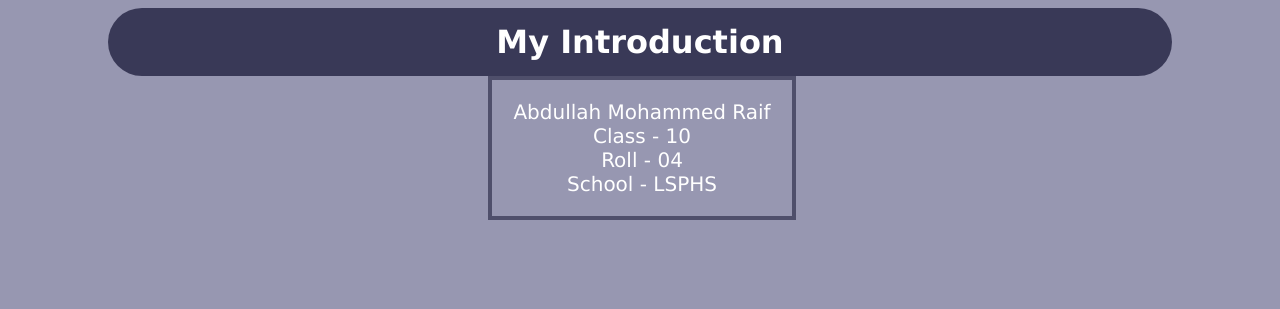
Repository: Raif-007/Portfolio
Page: index.html
These files come from the project's save history. The page is drawn as it stood at one moment and after a run of saves; the edit follows.
The browser window is 1280 px wide. The pictures show the whole page.

Above is the page before, as saved 2021-07-05 17:14:51.

### index.html
<!DOCTYPE html>
<html lang="en">

<head>
    <meta charset="UTF-8">
    <meta http-equiv="X-UA-Compatible" content="IE=edge">
    <meta name="viewport" content="width=device-width, initial-scale=1.0">
    <title>Portfolio</title>
    <link rel="stylesheet" href="styles.css">
</head>

<body>

    <h1>
        My Introduction
    </h1>
    <div>

        <p>
            Abdullah Mohammed Raif
            <br> Class - 10
            <br> Roll - 04
            <br> School - LSPHS

        </p>


    </div>
</body>

</html>

### styles.css
        body {
        background-color: rgba(54, 54, 105, 0.514);
        color: #ffffff;
        font-family: Verdana, Geneva, Tahoma, sans-serif;
        text-align: center;
    }

    h1 {
        background-color: rgba(25, 25, 56, 0.74);
        padding: 15px;
        margin: 0px 100px;
        border-radius: 50px;
    }

    div {
        font-size: 20px;
        border: 4px solid rgba(25, 25, 56, 0.568);
        width: 300px;
        margin-left: 480px;

After the next 2 saves:
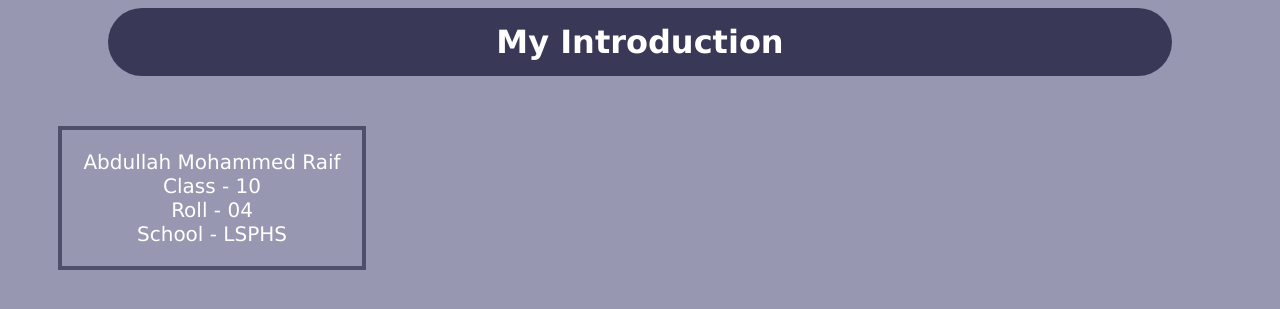
The 2 saves are shown as one change because they came seconds apart.
The last was saved 23 s later.
--- a/styles.css
+++ b/styles.css
@@ -1,19 +1,21 @@
-        body {
-        background-color: rgba(54, 54, 105, 0.514);
-        color: #ffffff;
-        font-family: Verdana, Geneva, Tahoma, sans-serif;
-        text-align: center;
-    }
+            body {
+                background-color: rgba(54, 54, 105, 0.514);
+                color: #ffffff;
+                font-family: Verdana, Geneva, Tahoma, sans-serif;
+                text-align: center;
+            }
 
-    h1 {
-        background-color: rgba(25, 25, 56, 0.74);
-        padding: 15px;
-        margin: 0px 100px;
-        border-radius: 50px;
-    }
+            h1 {
+                background-color: rgba(25, 25, 56, 0.74);
+                padding: 15px;
+                margin: 0px 100px;
+                border-radius: 50px;
+            }
 
-    div {
-        font-size: 20px;
-        border: 4px solid rgba(25, 25, 56, 0.568);
-        width: 300px;
-        margin-left: 480px;
+            div {
+                font-size: 20px;
+                border: 4px solid rgba(25, 25, 56, 0.568);
+                width: 300px;
+                margin-left: 480px;
+                margin: 50px;
+            }
